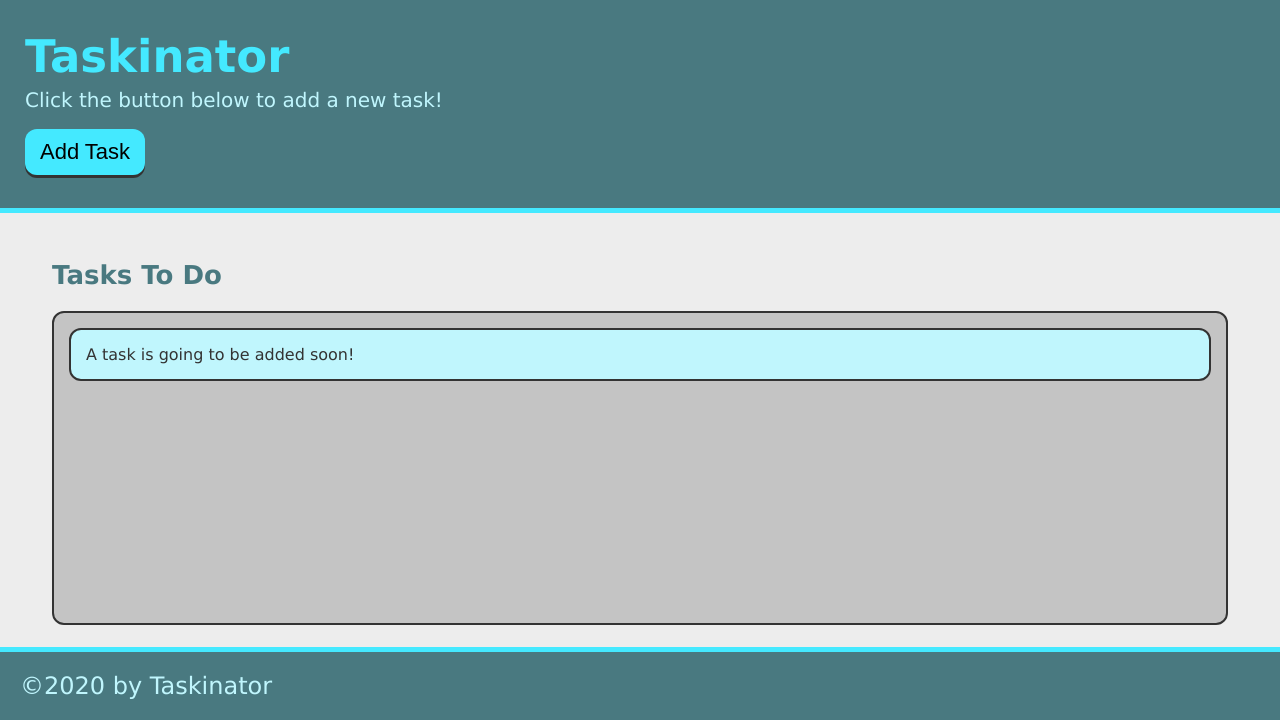
Repository: stuart-rickard/taskinator
Page: index.html
An editor plug-in stored every save of this project. The page is shown before and after the next save, followed by the edit.
The browser window is 1280 px wide. The pictures show the whole page.

Above is the page before, as saved 2021-11-16 00:47:08.

After the next save:
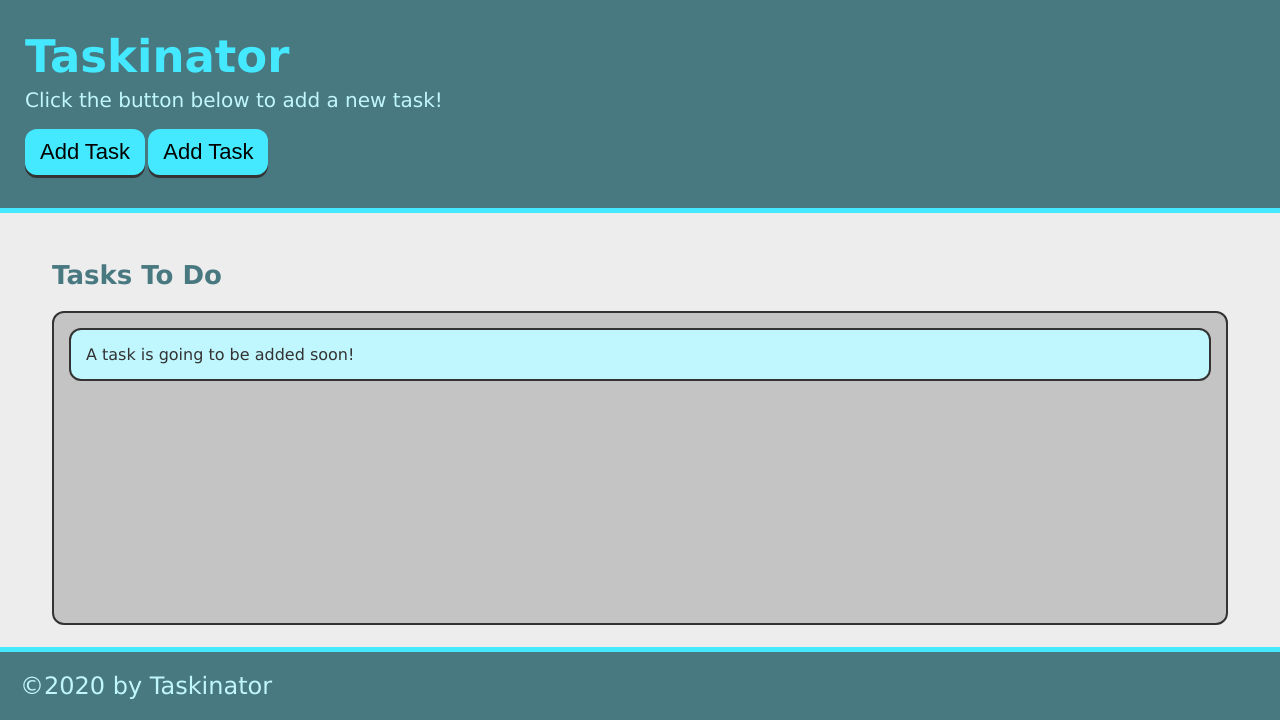
Saved 5 min 40 s later.
--- a/index.html
+++ b/index.html
@@ -11,6 +11,7 @@
     <header>
         <h1 class="page-title">Taskinator</h1>
         <p>Click the button below to add a new task!</p>
+        <button class="btn" >Add Task</button>
         <button class="btn" >Add Task</button>
     </header>
     <main class="page-content">
